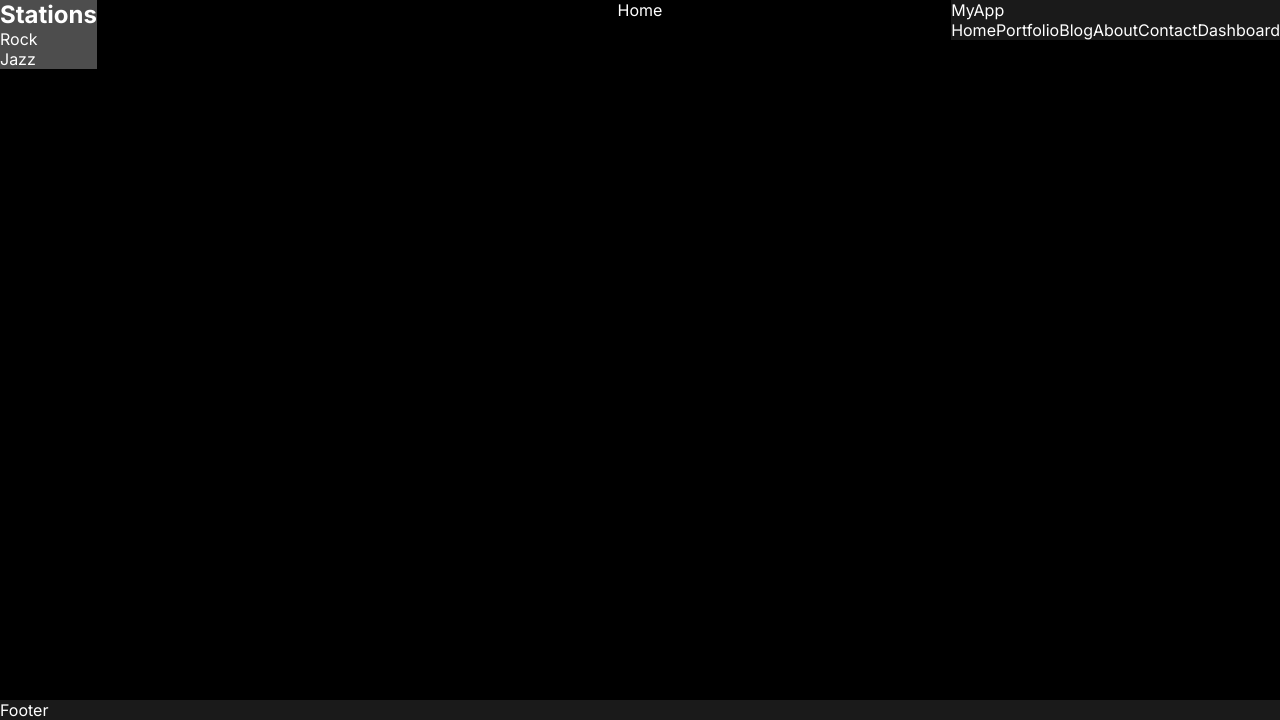
Repository: Iq-Life/musicflow-life
Page: /
The author's editor kept a copy of each file at every save. The page is drawn from the files as they stood at one save, then again after the next save.
The browser window is 1280 px wide. The pictures show the whole page.
The project was rebuilt for these pictures with package versions that can differ from the ones it lists, and the page was loaded fresh each time. The framework's server and built-in components were replaced by stand-ins that run in the browser. Also part of the build but not shown: next.config.js.

Above is the page before, as saved 2023-09-14 15:31:37.

After the next save:
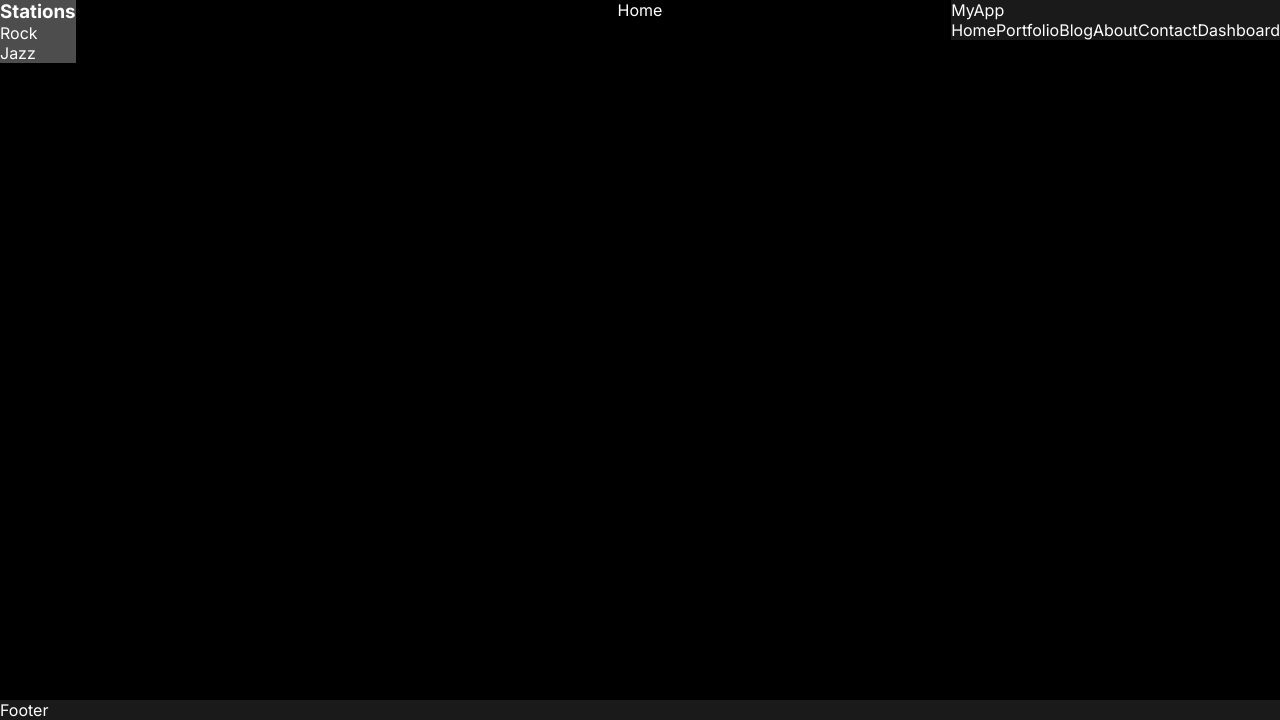
Saved 10 s later.
--- a/src/components/station/StationsList.tsx
+++ b/src/components/station/StationsList.tsx
@@ -16,7 +16,7 @@ const StationsList = () => {
   return (
     <div className={styles.stationsList}>
       <ul>
-        <h2>Stations</h2>
+        <h3>Stations</h3>
         {stationsMusic.map((station) => (
           <li key={station.id}>{station.title}</li>
         ))}
